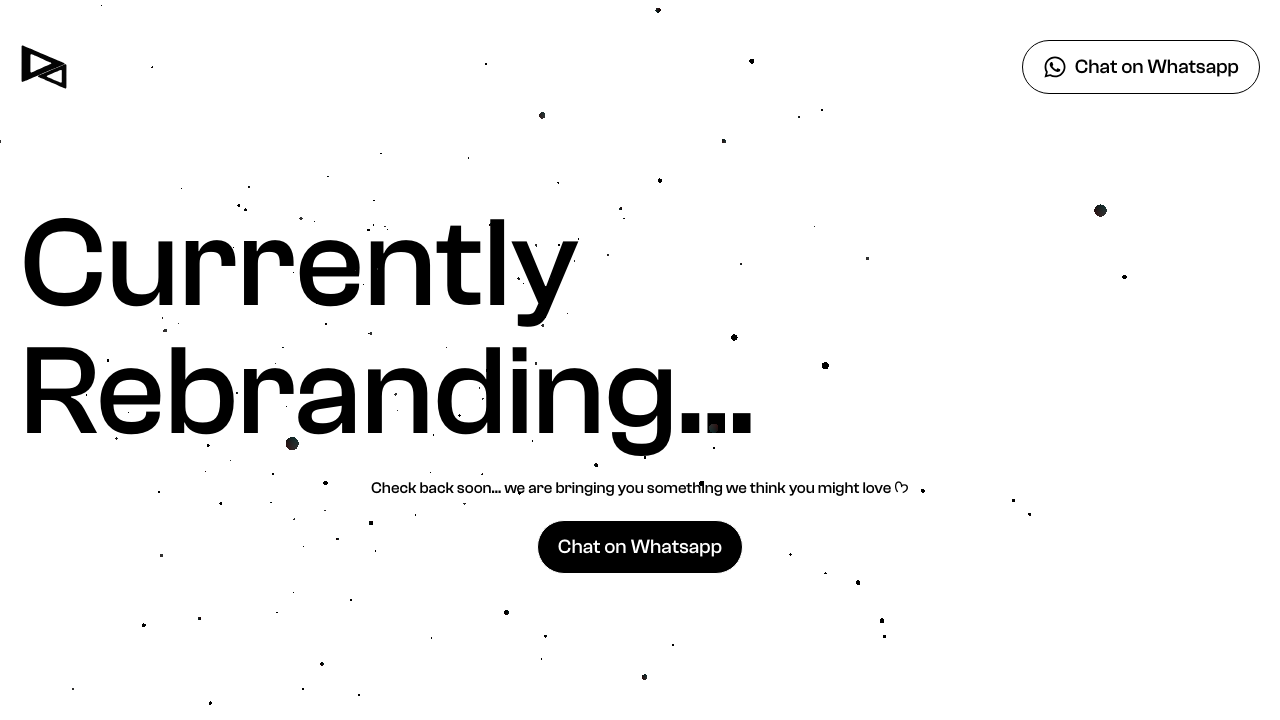
Repository: Cybugg/Nexxistudios-new
Page: /
An editor plug-in stored every save of this project. The page is shown before and after a run of saves, followed by the edit.
The browser window is 1280 px wide. The pictures show the whole page.
The project was rebuilt for these pictures with package versions that can differ from the ones it lists, and the page was loaded fresh each time. The framework's server and built-in components were replaced by stand-ins that run in the browser. Also part of the build but not shown: next.config.mjs.

Above is the page before, as saved 2025-09-06 17:47:47.

After the next 3 saves:
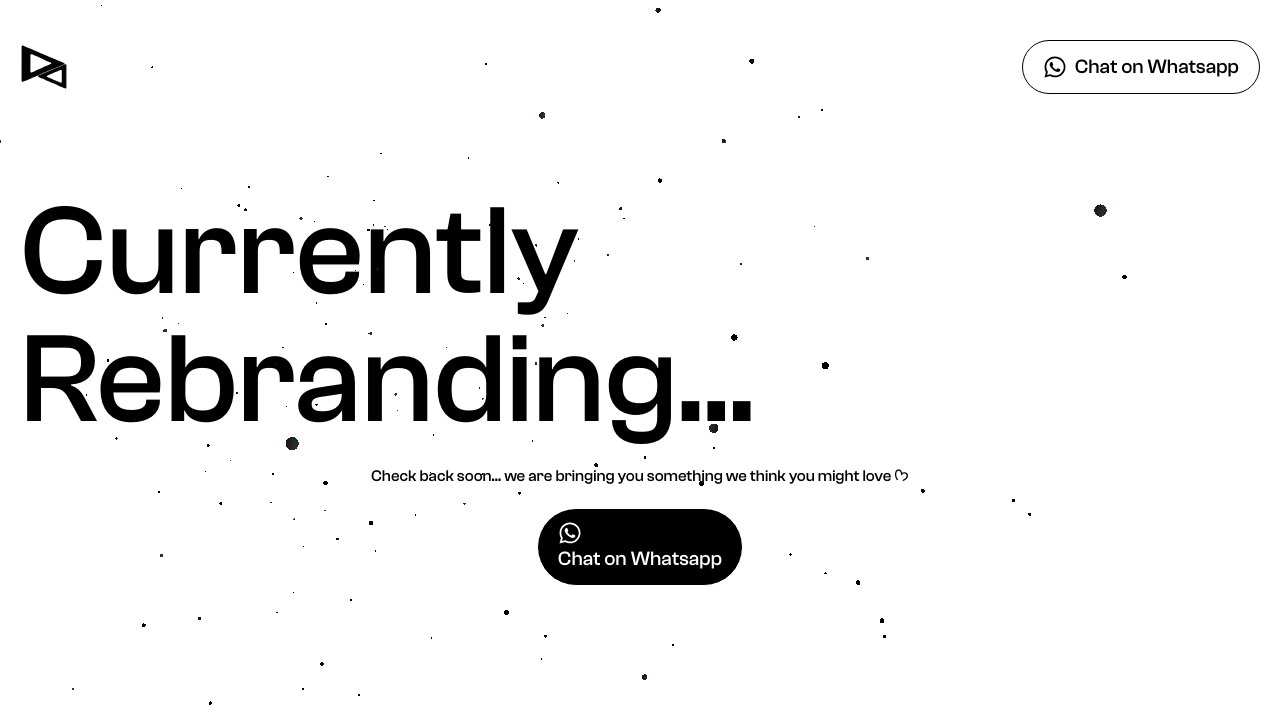
The 3 saves are shown as one change because they came seconds apart.
The last was saved 28 s later.
--- a/app/components/hero.js
+++ b/app/components/hero.js
@@ -1,5 +1,6 @@
 import Link from 'next/link';
 import React from 'react'
+import { FaWhatsapp } from 'react-icons/fa6';
 
 function Hero() {
   return (
@@ -22,7 +23,7 @@
 <button className="py-3 px-5 text-xl rounded-full border cursor-pointer bg-black text-white z-50">
   <Link href="https://wa.me/2349117169239?text=Hello%20I%20want%20a%20website%20or%20software%20for%20my%20business" target="_blank"
       rel="noopener noreferrer" >
-Chat on Whatsapp
+<FaWhatsapp className='text-2xl' /> Chat on Whatsapp
       </Link>
 </button>
     </div>
